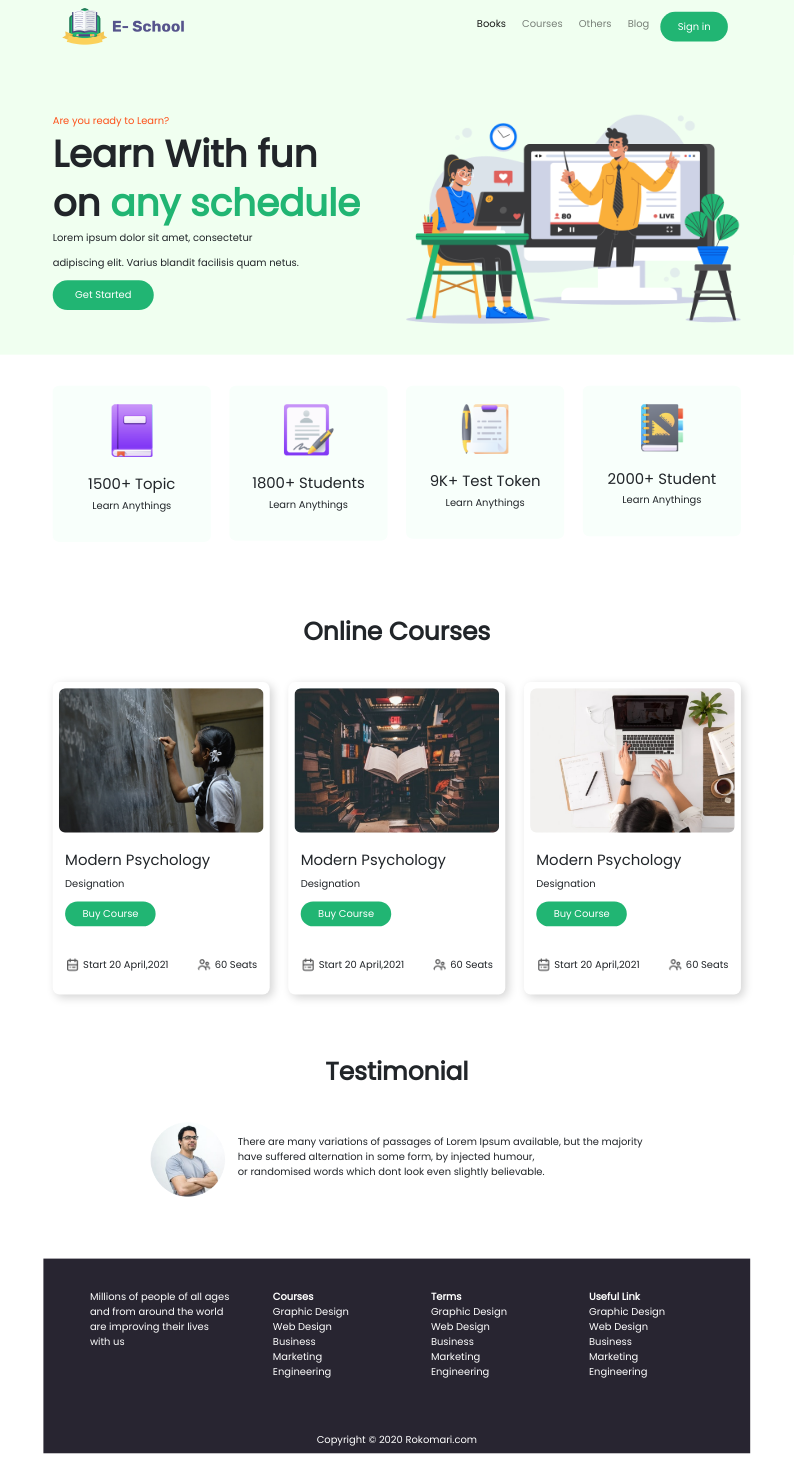
Repository: mohsinfarabi/e-school
Page: index.html
An editor plug-in stored every save of this project. The page is shown before and after the next save, followed by the edit.
The browser window is 1280 px wide. The pictures show the whole page, at 62% of full size.

Above is the page before, as saved 2020-07-09 21:44:21.

After the next save:
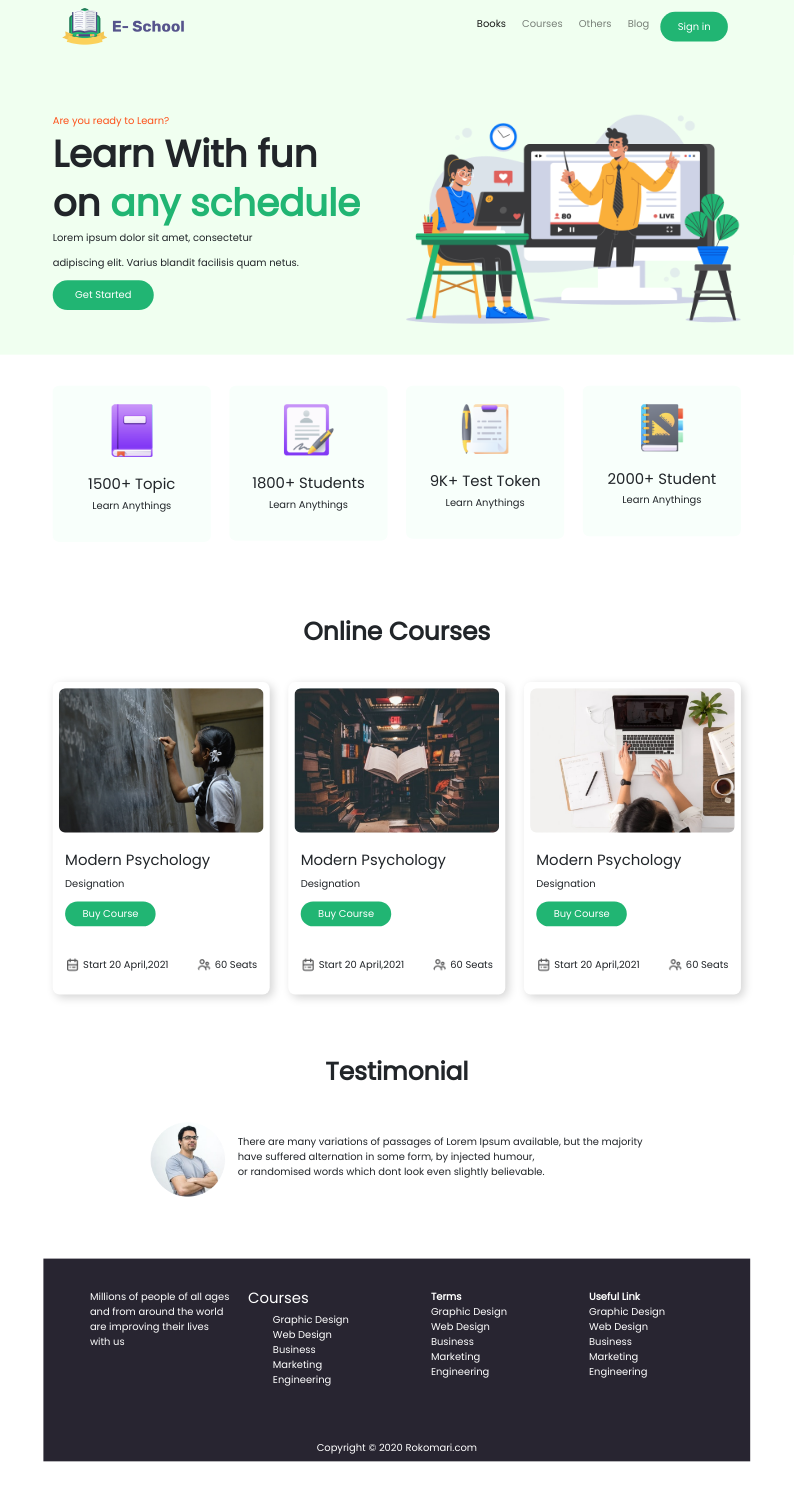
Saved 3 min 36 s later.
--- a/index.html
+++ b/index.html
@@ -183,8 +183,8 @@
                 <p>Millions of people of all ages and from around the world are improving their lives with us</p>
             </div>
             <div class="col-md-3">
+                <h4>Courses</h4>
                 <ul>
-                    <li><b>Courses</b></li>
                     <li>Graphic Design</li>
                     <li>Web Design</li>
                     <li>Business</li>
